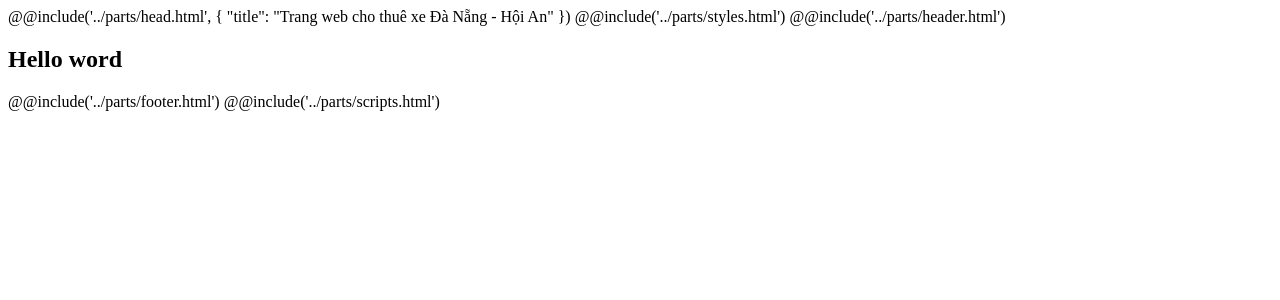
Repository: thanhthien0706/last_project--fe004
Page: lastProductF004/src/views/pages/index.html
These files come from the project's save history. The page is drawn as it stood at one moment and after the next save; the edit follows.
The browser window is 1280 px wide. The pictures show the whole page.

Above is the page before, as saved 2021-09-16 16:27:52.

### lastProductF004/src/views/pages/index.html
<html lang="vi">

<head>
  <!-- include head.html -->
  @@include('../parts/head.html', {
  "title": "Trang web cho thuê xe Đà Nẵng - Hội An"
  })
  <!-- include styles.html -->
  @@include('../parts/styles.html')
</head>

<body class="wrapper">
  @@include('../parts/header.html')
  <section>
    <h1>Hello word</h1>
  </section>
  @@include('../parts/footer.html')

  <!-- include scripts.html -->
  @@include('../parts/scripts.html')
</body>

</html>

After the next save:
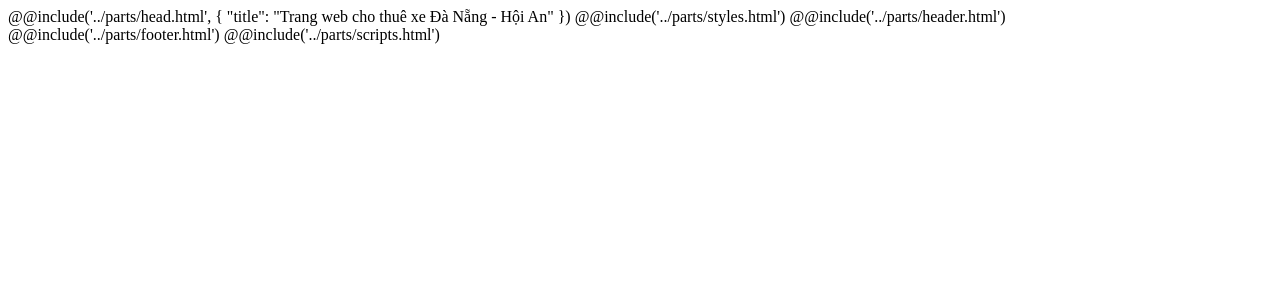
Saved 2 h 35 min later.
--- a/lastProductF004/src/views/pages/index.html
+++ b/lastProductF004/src/views/pages/index.html
@@ -12,7 +12,13 @@
 <body class="wrapper">
   @@include('../parts/header.html')
   <section>
-    <h1>Hello word</h1>
+
+    <section class="section_01">
+      <div class="container_new_edit">
+
+      </div>
+    </section>
+
   </section>
   @@include('../parts/footer.html')
 
